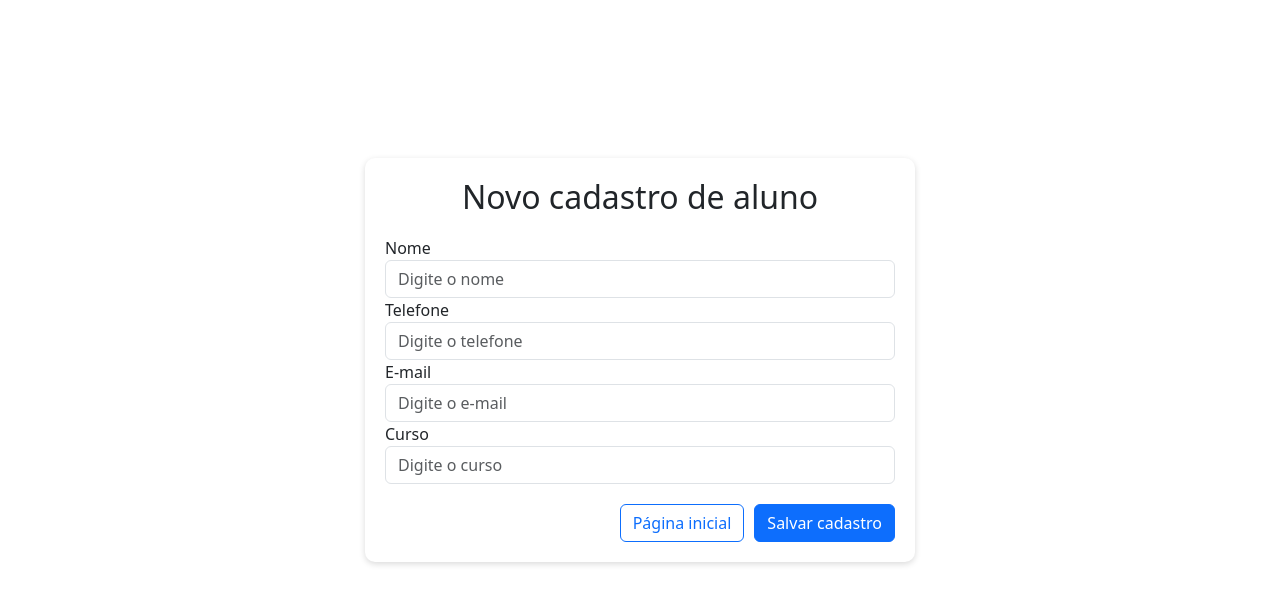
Repository: juliatbarbosa/CRUD-ALUNOS
Page: http://localhost/OlaMundo/alunos/cadastrobean/formulario.jsp
The author's editor kept a copy of each file at every save. The page is drawn from the files as they stood at one save, then again after the next save.
The browser window is 1280 px wide. The pictures show the whole page.
The page is served by Tomcat 9. Queries for data that is not in the repository find no rows.

Above is the page before, as saved 2024-10-01 21:30:13.

### OlaMundo/src/main/webapp/alunos/cadastrobean/formulario.jsp
<%@ page language="java" contentType="text/html; charset=UTF-8"
    pageEncoding="UTF-8"%>
<!DOCTYPE html>

<html>
<head>
<meta charset="UTF-8">

<title>Formulário</title>
<link href="https://cdn.jsdelivr.net/npm/bootstrap@5.3.3/dist/css/bootstrap.min.css" rel="stylesheet" integrity="sha384-QWTKZyjpPEjISv5WaRU9OFeRpok6YctnYmDr5pNlyT2bRjXh0JMhjY6hW+ALEwIH" crossorigin="anonymous">
<link href="https://cdn.jsdelivr.net/npm/bootstrap-icons/font/bootstrap-icons.css" rel="stylesheet">

<style>

	body {
		display: flex;
		justify-content: center;
		align-items: center;
		height: 100vh;

	}
	.conteudoTela {
		width: 550px;
		background-color: white;
	padding: 20px;
	border-radius: 10px;
	box-shadow: 0 2px 6px 0px rgba(0, 0, 0, 0.15);


	}
	h1 {
		text-align:center;
		margin-bottom: 20px;
		font-size: 32px;
	}

	.botoes {
	display: flex;
	justify-content: end;
	align-items: center;
	gap:10px;
	margin-top:20px;
	}

</style>
</head>
<body>

	<jsp:useBean id="a" class="org.alunos.Aluno" scope="page"/>
	<jsp:useBean id="adao" class="org.alunos.AlunoDAO" scope="page"/>
	<jsp:setProperty property="*" name="a"/>
	${a = adao.consultar(a.idaluno)}

	<%
	// titulo
	String tituloTela = "Novo cadastro de aluno";
	if (a.getIdaluno() > 0) {
		tituloTela = "Atualizar cadastro de aluno";
	} else {
		tituloTela = "Novo cadastro de aluno";
	}
	%>


	<div class="conteudoTela">

	<h1><%= tituloTela %></h1>

	<form action="gravar.jsp" method="post">
			  <input type="hidden" name="idaluno" value="${a.idaluno}">
			  <div class="form-group">
			    <label for="inputNome">Nome</label>
			    <input type="text" class="form-control" id="inputNome" name="nome" placeholder="Digite o nome" value="${a.nome}" required>
			  </div>
			  <div class="form-group">
			    <label for="inputTelefone">Telefone</label>
			    <input type="text" class="form-control" id="inputTelefone" name="telefone" placeholder="Digite o telefone" value="${a.telefone}" required>
			  </div>
			  <div class="form-group">
			    <label for="inputEmail">E-mail</label>
			    <input type="email" class="form-control" id="inputEmail" name="email" placeholder="Digite o e-mail" value="${a.email}" required>
			  </div>
			  <div class="form-group">
			    <label for="inputCurso">Curso</label>
			    <input type="text" class="form-control" id="inputCurso" name="curso" placeholder="Digite o curso" value="${a.curso}" required>
			  </div>
			  <div class="botoes">
				<button type="button" class="btn btn-outline-primary" onclick="window.location.href='index.jsp';">
					Página inicial
				</button>
			  	<button type="submit" class="btn btn-primary">Salvar cadastro</button>

		</div>
		</form>
	</div>

		<script src="https://cdn.jsdelivr.net/npm/bootstrap@5.3.3/dist/js/bootstrap.bundle.min.js" integrity="sha384-YvpcrYf0tY3lHB60NNkmXc5s9fDVZLESaAA55NDzOxhy9GkcIdslK1eN7N6jIeHz" crossorigin="anonymous"></script>

</body>
</html>

### OlaMundo/src/main/java/org/alunos/Aluno.java
package org.alunos;

public class Aluno {

	private int idaluno;
	private String nome;
	private String telefone;
	private String email;
	private String curso;

	public int getIdaluno() {
		return idaluno;
	}

	public void setIdaluno(int idaluno) {
		this.idaluno = idaluno;
	}

	public String getNome() {
		return nome;
	}

	public void setNome(String nome) {
		this.nome = nome;
	}

	public String getTelefone() {
		return telefone;
	}

	public void setTelefone(String telefone) {
		this.telefone = telefone;
	}

	public String getEmail() {
		return email;
	}

	public void setEmail(String email) {
		this.email = email;
	}

	public String getCurso() {
		return curso;
	}

	public void setCurso(String curso) {
		this.curso = curso;
	}

	public String toString() {
		return "";
	}
}

### OlaMundo/src/main/java/org/alunos/AlunoDAO.java
package org.alunos;

import java.sql.PreparedStatement;
import java.sql.ResultSet;
import java.sql.Statement;
import java.util.LinkedList;
public class AlunoDAO {

	public void salvar(Aluno a) {
		if (a.getIdaluno() > 0) {
			alterar(a);
		} else {
			inserir(a);
		}
	}

	public void criarTabela() {
	    Conexao con = new Conexao();
	    try {
	        String sql = "CREATE TABLE IF NOT EXISTS aluno ("
	                + "idaluno INT PRIMARY KEY AUTO_INCREMENT,"
	                + "`nome` TEXT,"
	                + "telefone TEXT,"
	                + "email TEXT,"
	                + "curso TEXT)";
	        PreparedStatement prep = con.getConnection().prepareStatement(sql);
	        prep.execute();
	    } catch (Exception e) {
	        e.printStackTrace();
	    } finally {
	        con.desconecta();
	    }
	}


	public void inserir(Aluno a) {
		//lista.add(p);

		Conexao con = new Conexao();
		try {
			String sql = "INSERT INTO aluno (nome, telefone, email, curso)"
					+ "VALUES (?,?,?,?)";
			PreparedStatement prep = con.getConnection().prepareStatement(sql);
			prep.setString(1, a.getNome());
			prep.setString(2, a.getTelefone());
			prep.setString(3, a.getEmail());
			prep.setString(4, a.getCurso());
			prep.execute();
			} catch (Exception e) {
			e.printStackTrace();
		}

		con.desconecta();
	}

	public LinkedList<Aluno> listar() {
		LinkedList<Aluno> lista = new LinkedList<Aluno>();
		Conexao con = new Conexao();
		try {
			String sql = "SELECT * FROM aluno";
			Statement sta = con.getConnection().createStatement();
			ResultSet res = sta.executeQuery(sql);
			while (res.next()) {
				Aluno a = new Aluno();
				a.setIdaluno(res.getInt("idaluno"));
				a.setNome(res.getString("nome"));
				a.setTelefone(res.getString("telefone"));
				a.setEmail(res.getString("email"));
				a.setCurso(res.getString("curso"));
				lista.add(a);
			}
		} catch (Exception e) {
			e.printStackTrace();
		}

		con.desconecta();
		return lista;
	}

	public void alterar(Aluno a) {
		Conexao con = new Conexao();
		try {
			String sql = "UPDATE aluno SET "
					+ " nome = ?, telefone = ?, "
					+ "email = ?, curso = ?"
					+ "WHERE idaluno = ?";
			PreparedStatement prep = con.getConnection().prepareStatement(sql);
			prep.setString(1, a.getNome());
			prep.setString(2, a.getTelefone());
			prep.setString(3, a.getEmail());
			prep.setString(4, a.getCurso());
			prep.setInt(5, a.getIdaluno());
			prep.execute();
			} catch (Exception e) {
			e.printStackTrace();
		}
		con.desconecta();
	}

	public void excluir(Aluno a) {
		Conexao con = new Conexao();
		try {
			String sql = "DELETE FROM aluno "
					+ "WHERE idaluno = ?";
			PreparedStatement prep = con.getConnection().prepareStatement(sql);
			prep.setInt(1, a.getIdaluno());
			prep.execute();
			} catch (Exception e) {
			e.printStackTrace();
		}
		con.desconecta();
	}

	public Aluno consultar(int id) {
		Aluno a = new Aluno();
		Conexao con = new Conexao();
		try {
			String sql = "SELECT * FROM aluno WHERE idaluno = " + id;
			Statement sta = con.getConnection().createStatement();
			ResultSet res = sta.executeQuery(sql);
			while (res.next()) {
				a.setIdaluno(res.getInt("idaluno"));
				a.setNome(res.getString("nome"));
				a.setTelefone(res.getString("telefone"));
				a.setEmail(res.getString("email"));
				a.setCurso(res.getString("curso"));
			}
		} catch (Exception e) {
			e.printStackTrace();
		}

		con.desconecta();
		return a;
	}

}

### OlaMundo/src/main/java/org/alunos/Conexao.java
package org.alunos;

import java.sql.Connection;
import java.sql.DriverManager;

public class Conexao {
	private Connection connection;

	public Conexao() {
		try {
			Class.forName("com.mysql.cj.jdbc.Driver");
			// abre conexão com o banco de dados
			connection = DriverManager.getConnection("jdbc:mysql://54.91.193.137:3306/"
			+ "libertas5per?verifyServerCertificate=false&useSSL=false", "libertas", "123456");
		} catch (Exception e) {
			e.printStackTrace();
		}
	}

	public void desconecta() {
		try {
			connection.close();
		} catch (Exception e) {
			e.printStackTrace();
		}
	}

	public Connection getConnection() {
		return connection;
	}

	public void setConnection(Connection connection) {
		this.connection = connection;
	}

}

After the next save:
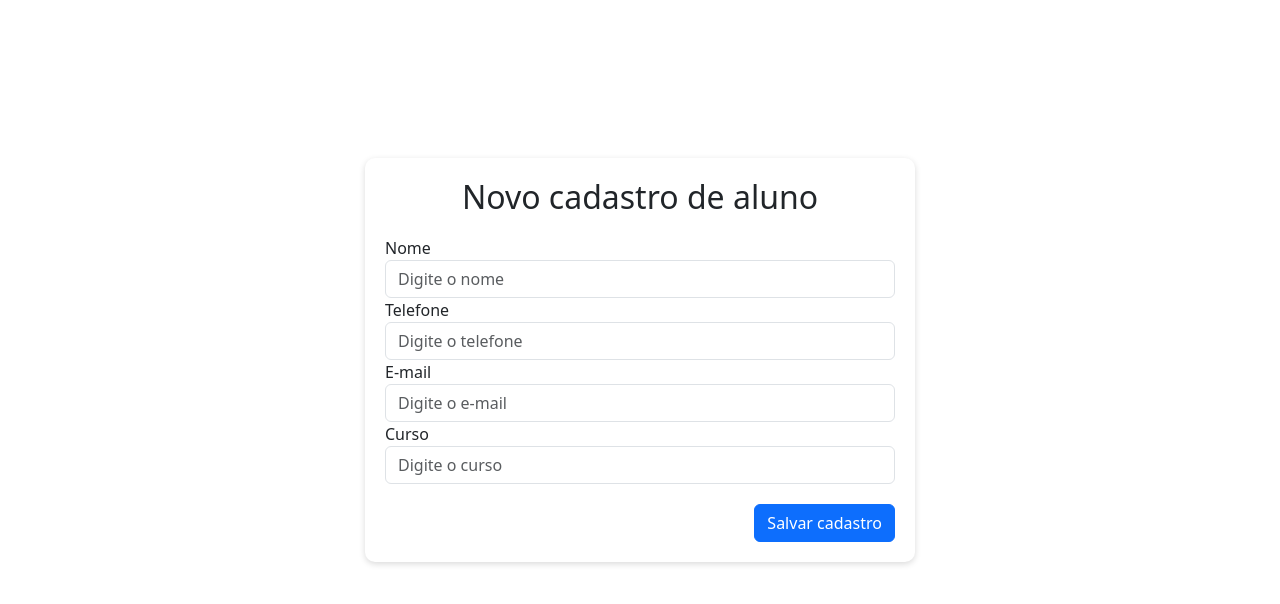
Saved 7 min 38 s later.
--- a/OlaMundo/src/main/webapp/alunos/cadastrobean/formulario.jsp
+++ b/OlaMundo/src/main/webapp/alunos/cadastrobean/formulario.jsp
@@ -85,9 +85,6 @@
 			    <input type="text" class="form-control" id="inputCurso" name="curso" placeholder="Digite o curso" value="${a.curso}" required>
 			  </div>
 			  <div class="botoes">
-				<button type="button" class="btn btn-outline-primary" onclick="window.location.href='index.jsp';">
-					Página inicial
-				</button>
 			  	<button type="submit" class="btn btn-primary">Salvar cadastro</button>
 
 		</div>

After the save that followed:
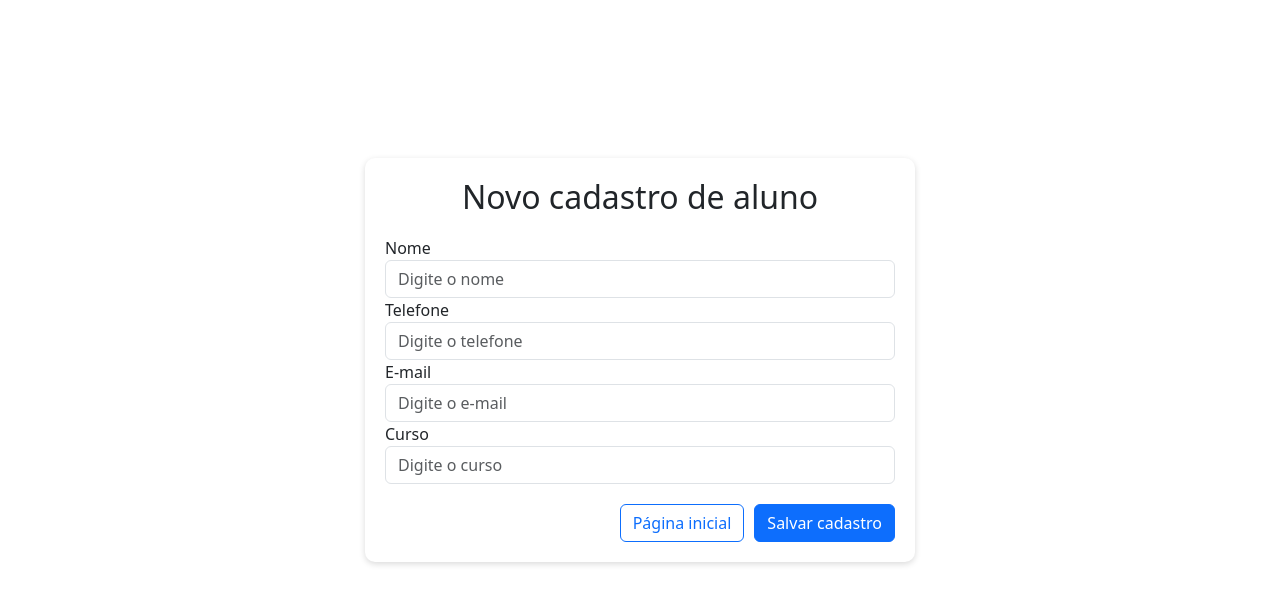
Saved 5 s later.
--- a/OlaMundo/src/main/webapp/alunos/cadastrobean/formulario.jsp
+++ b/OlaMundo/src/main/webapp/alunos/cadastrobean/formulario.jsp
@@ -85,6 +85,9 @@
 			    <input type="text" class="form-control" id="inputCurso" name="curso" placeholder="Digite o curso" value="${a.curso}" required>
 			  </div>
 			  <div class="botoes">
+				<button type="button" class="btn btn-outline-primary" onclick="window.location.href='index.jsp';">
+					Página inicial
+				</button>
 			  	<button type="submit" class="btn btn-primary">Salvar cadastro</button>
 
 		</div>
